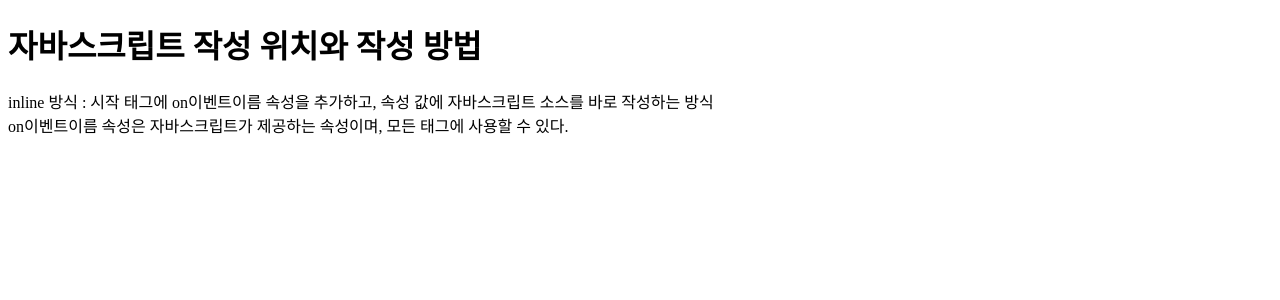
Repository: bianchi112/ict-data
Page: web_workspace/testJavaScriptProject/src/main/webapp/views/testjs/sample1.html
These files come from the project's save history. The page is drawn as it stood at one moment and after the next save; the edit follows.
The browser window is 1280 px wide. The pictures show the whole page.

Above is the page before, as saved 2024-09-03 01:35:56.

### web_workspace/testJavaScriptProject/src/main/webapp/views/testjs/sample1.html
<!DOCTYPE html>
<html lang="ko">
<head>
<meta charset="UTF-8">
<title>sample1</title>
<style type="text/css">

</style>
</head>
<body>
<h1>자바스크립트 작성 위치와 작성 방법</h1>
<p id="demo1">
inline 방식 : 시작  태그에 on이벤트이름 속성을 추가하고, 속성 값에 자바스크립트 소스를 바로 작성하는 방식<br>
on이벤트이름 속성은 자바스크립트가 제공하는 속성이며, 모든 태그에 사용할 수 있다.
</p>
</body>
</html>

After the next save:
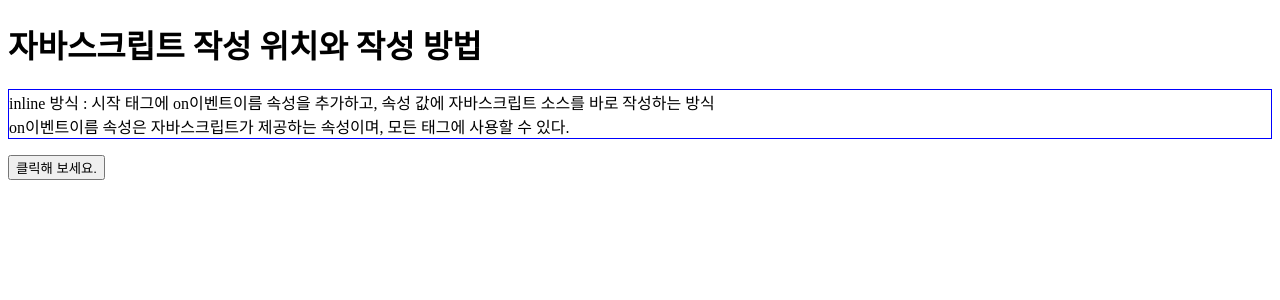
Saved 2 min 4 s later.
--- a/web_workspace/testJavaScriptProject/src/main/webapp/views/testjs/sample1.html
+++ b/web_workspace/testJavaScriptProject/src/main/webapp/views/testjs/sample1.html
@@ -4,7 +4,7 @@
 <meta charset="UTF-8">
 <title>sample1</title>
 <style type="text/css">
-
+p { border: 1px solid blue; }
 </style>
 </head>
 <body>
@@ -13,5 +13,7 @@
 inline 방식 : 시작  태그에 on이벤트이름 속성을 추가하고, 속성 값에 자바스크립트 소스를 바로 작성하는 방식<br>
 on이벤트이름 속성은 자바스크립트가 제공하는 속성이며, 모든 태그에 사용할 수 있다.
 </p>
+<button>클릭해 보세요.</button> <br>
+
 </body>
 </html>
